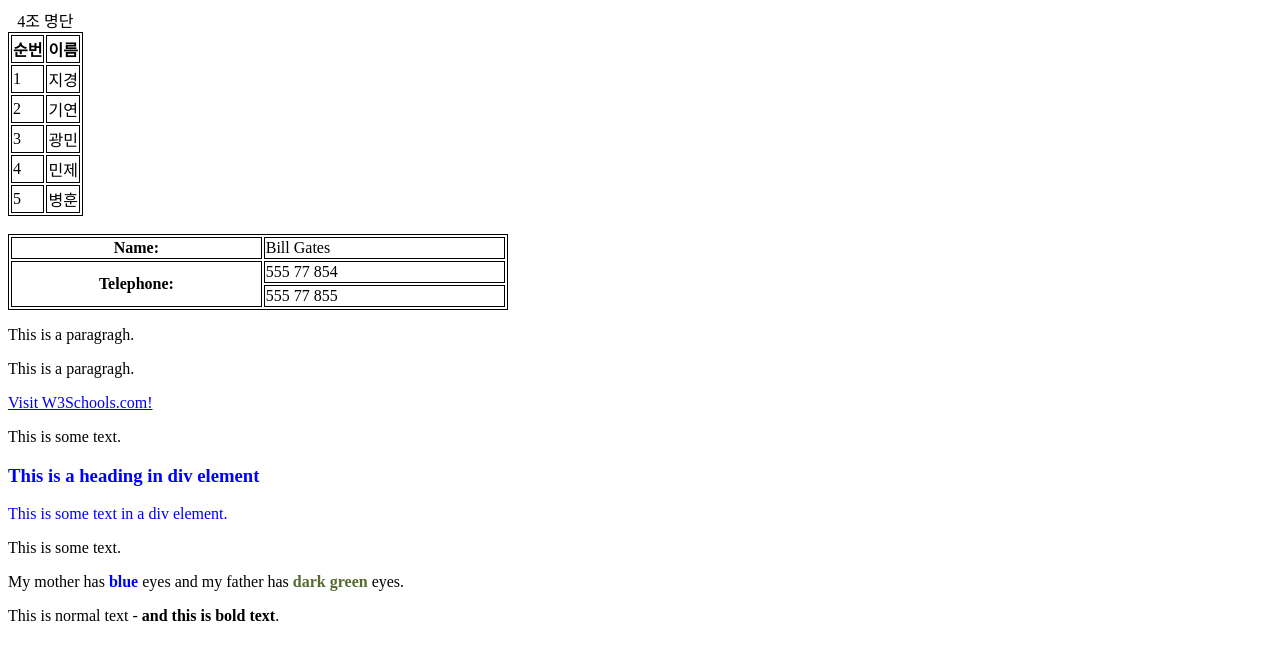
Repository: BaekJiGyeong/JSP
Page: http://localhost/AA_HelloJSP/exercise.jsp
The author's editor kept a copy of each file at every save. The page is drawn from the files as they stood at one save, then again after the next save.
The browser window is 1280 px wide. The pictures show the whole page.
The page is served by Tomcat 9.

Above is the page before, as saved 2016-02-02 08:38:22.

### AA_HelloJSP/WebContent/exercise.jsp
<%@ page language="java" contentType="text/html; charset=UTF-8"
    pageEncoding="UTF-8"%>

    <% String[] names = new String[]{"지경","기연","광민","민제","병훈"}; %>

<!DOCTYPE html >
<html>
<head>
<style>
table, th, td {
	border: 1px solid black;
}
</style>
<meta http-equiv="Content-Type" content="text/html; charset=UTF-8">
<title>지경이 JSP연습</title>

</head>
<body>

<table>
<caption>4조 명단</caption>
	<tr>
		<th>순번</th>
		<th>이름</th>
	</tr>
	<%
	for ( int i=0; i<5; i++){ %>
	<tr>
		<td><%=i+1 %></td>
		<td><%=names[i] %></td>
	</tr>
	<%}%>

</table>
<br/>
<table style="width:500px">
  <tr>
    <th>Name:</th>
    <td>Bill Gates</td>
  </tr>
  <tr>
    <th rowspan="2">Telephone:</th>
    <td>555 77 854</td>
  </tr>
  <tr>
    <td>555 77 855</td>
  </tr>
</table>

<p>This is a paragragh.</p>
<p>This is a paragragh.</p>

<a href="http://www.w3schools.com">Visit
W3Schools.com!</a>

<p>This is some text.</p>

<div style="color:#0000FF">
<h3>This is a heading in div element</h3>
<p>This is some text in a div element.</p>
</div>

<p>This is some text.</p>

<p>My mother has
	<span style="color:blue;font-weight:bold">blue</span>
	eyes and my father has <span style="color:darkolivegreen;
	font-weight:bold">dark green</span> eyes.
</p>

<p>This is normal text - <b>and this is bold text</b>.</p>


</body>
</html>

After the next save:
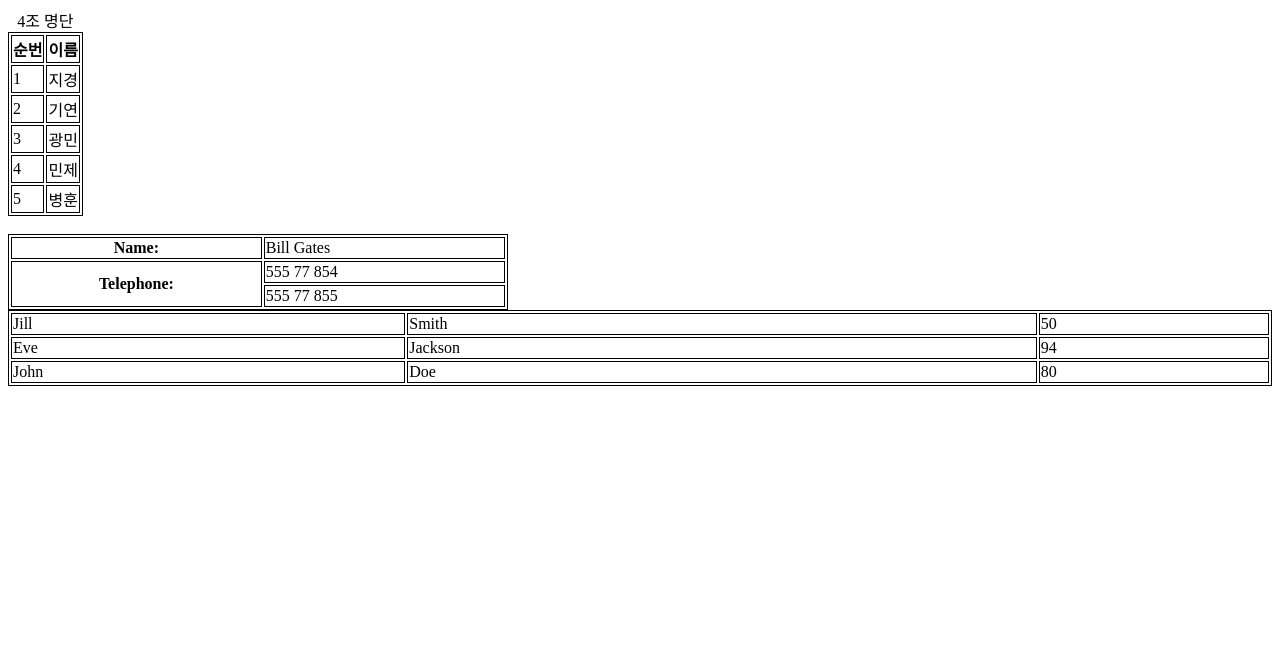
Saved 104 min 35 s later.
--- a/AA_HelloJSP/WebContent/exercise.jsp
+++ b/AA_HelloJSP/WebContent/exercise.jsp
@@ -47,28 +47,23 @@ table, th, td {
   </tr>
 </table>
 
-<p>This is a paragragh.</p>
-<p>This is a paragragh.</p>
-
-<a href="http://www.w3schools.com">Visit
-W3Schools.com!</a>
-
-<p>This is some text.</p>
-
-<div style="color:#0000FF">
-<h3>This is a heading in div element</h3>
-<p>This is some text in a div element.</p>
-</div>
-
-<p>This is some text.</p>
-
-<p>My mother has
-	<span style="color:blue;font-weight:bold">blue</span>
-	eyes and my father has <span style="color:darkolivegreen;
-	font-weight:bold">dark green</span> eyes.
-</p>
-
-<p>This is normal text - <b>and this is bold text</b>.</p>
+<table style="width:100%">
+	<tr>
+		<td>Jill</td>
+		<td>Smith</td>
+		<td>50</td>
+	</tr>
+	<tr>
+		<td>Eve</td>
+		<td>Jackson</td>
+		<td>94</td>
+	</tr>
+	<tr>
+		<td>John</td>
+		<td>Doe</td>
+		<td>80</td>
+	</tr>
+</table>
 
 
 </body>
